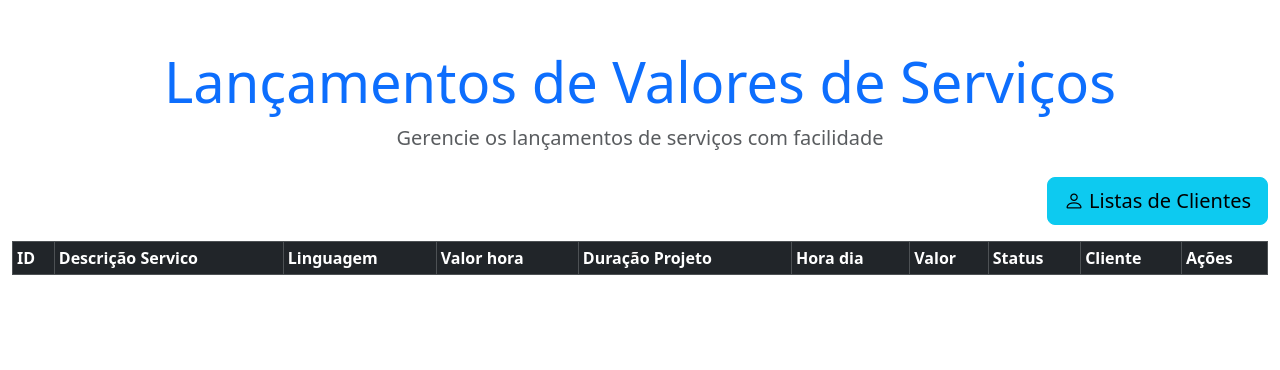
Repository: claudinez/kaspper-projeto-orcamento
Page: http://localhost/servicos/lista
The author's editor kept a copy of each file at every save. The page is drawn from the files as they stood at one save, then again after the next save.
The browser window is 1280 px wide. The pictures show the whole page.
The page is this project's Thymeleaf template; nobody is signed in. The template is opened directly, without the code that normally fills it, so the values that code supplies are empty.

Above is the page before, as saved 2025-01-24 19:48:44.

After the next save:
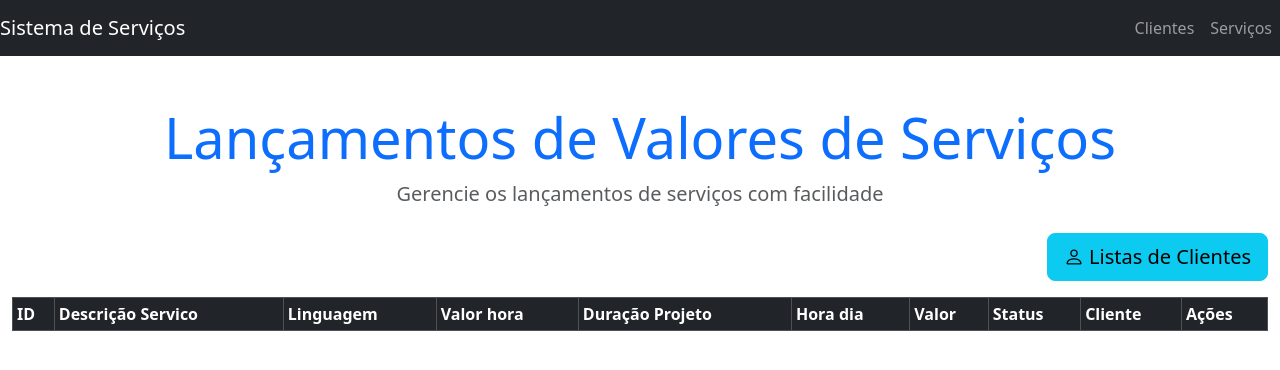
Saved 5 min 41 s later.
--- a/projeto_kaspper_back_end-main/sistema_servicos/sistema_servicos/src/main/resources/templates/servicos/lista.html
+++ b/projeto_kaspper_back_end-main/sistema_servicos/sistema_servicos/src/main/resources/templates/servicos/lista.html
@@ -11,6 +11,24 @@
 
 </head>
 <body>
+
+	<nav class="navbar navbar-expand-lg navbar-dark bg-dark mb-4">
+	        <a class="navbar-brand" href="#">Sistema de Serviços</a>
+	        <button class="navbar-toggler" type="button" data-bs-toggle="collapse" data-bs-target="#navbarNav" aria-controls="navbarNav" aria-expanded="false" aria-label="Toggle navigation">
+	            <span class="navbar-toggler-icon"></span>
+	        </button>
+	        <div class="collapse navbar-collapse" id="navbarNav">
+	            <ul class="navbar-nav ms-auto">
+	                <li class="nav-item">
+	                    <a class="nav-link" th:href="@{/clientes/lista}">Clientes</a>
+	                </li>
+	                <li class="nav-item">
+	                    <a class="nav-link" th:href="@{/servicos/lista}">Serviços</a>
+	                </li>
+	            </ul>
+	        </div>
+    </nav>
+
     <div class="container-fluid mt-5">
 
         <div class="text-center mb-4">

After the save that followed:
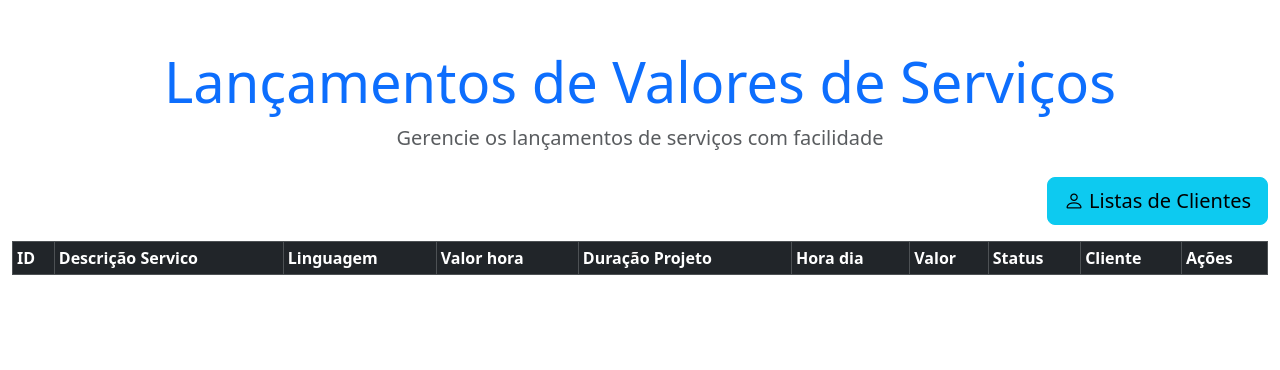
Saved 107 s later.
--- a/projeto_kaspper_back_end-main/sistema_servicos/sistema_servicos/src/main/resources/templates/servicos/lista.html
+++ b/projeto_kaspper_back_end-main/sistema_servicos/sistema_servicos/src/main/resources/templates/servicos/lista.html
@@ -11,23 +11,6 @@
 
 </head>
 <body>
-
-	<nav class="navbar navbar-expand-lg navbar-dark bg-dark mb-4">
-	        <a class="navbar-brand" href="#">Sistema de Serviços</a>
-	        <button class="navbar-toggler" type="button" data-bs-toggle="collapse" data-bs-target="#navbarNav" aria-controls="navbarNav" aria-expanded="false" aria-label="Toggle navigation">
-	            <span class="navbar-toggler-icon"></span>
-	        </button>
-	        <div class="collapse navbar-collapse" id="navbarNav">
-	            <ul class="navbar-nav ms-auto">
-	                <li class="nav-item">
-	                    <a class="nav-link" th:href="@{/clientes/lista}">Clientes</a>
-	                </li>
-	                <li class="nav-item">
-	                    <a class="nav-link" th:href="@{/servicos/lista}">Serviços</a>
-	                </li>
-	            </ul>
-	        </div>
-    </nav>
 
     <div class="container-fluid mt-5">
 
